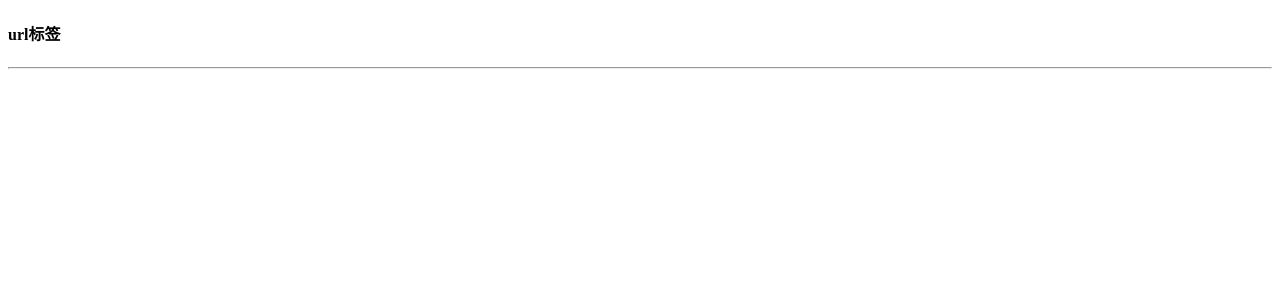
Repository: jionjion/JAVA_WorkSpace
Page: http://localhost/ServletClient/modules/jstlBase/baseXII.jsp
The author's editor kept a copy of each file at every save. The page is drawn from the files as they stood at one save, then again after the next save.
The browser window is 1280 px wide. The pictures show the whole page.
The page is served by Tomcat 9. Other server files are loaded and not shown.

Above is the page before, as saved 2017-07-18 16:22:04.

### ServletClient/WebContent/modules/jstlBase/baseXII.jsp
<%@page import="java.util.ArrayList"%>
<%@page import="java.util.List"%>
<%@ page language="java" contentType="text/html; charset=UTF-8"
    pageEncoding="UTF-8"%>
<%@ page import="jspBase.bean.User" %>
<%@ taglib uri="http://java.sun.com/jsp/jstl/core" prefix="c"%>
<!DOCTYPE html PUBLIC "-//W3C//DTD HTML 4.01 Transitional//EN" "http://www.w3.org/TR/html4/loose.dtd">
<html>
<head>
<meta http-equiv="Content-Type" content="text/html; charset=UTF-8">
<title>Insert title here</title>
</head>
<body>
	<h4>url标签</h4>
	<hr>

	<c:if test="${1<2}">
		<c:set var="changeParam">username=jion</c:set>
	</c:if>
	<c:url var="newURL" value="http://localhost:8080/ServletClient?${changeParam}" scope="session"></c:url>
</body>
</html>

After the next save:
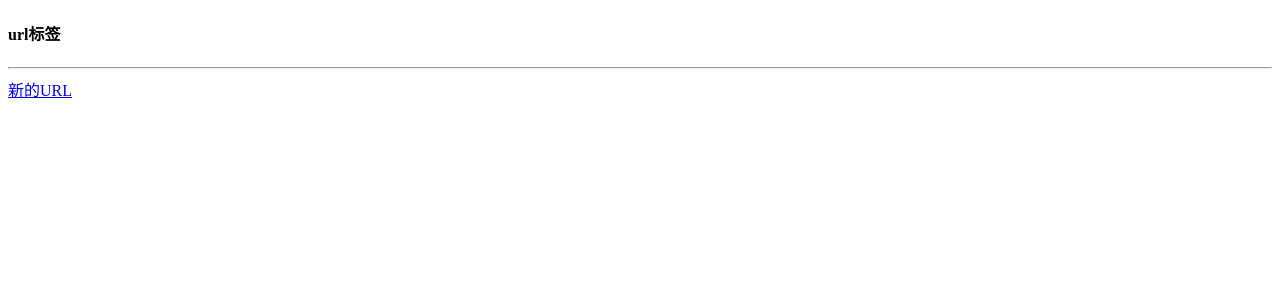
Saved 34 s later.
--- a/ServletClient/WebContent/modules/jstlBase/baseXII.jsp
+++ b/ServletClient/WebContent/modules/jstlBase/baseXII.jsp
@@ -18,5 +18,6 @@
 		<c:set var="changeParam">username=jion</c:set>
 	</c:if>
 	<c:url var="newURL" value="http://localhost:8080/ServletClient?${changeParam}" scope="session"></c:url>
+	<a href="${newURL}"	>新的URL</a>
 </body>
 </html>

After the 5 saves that followed:
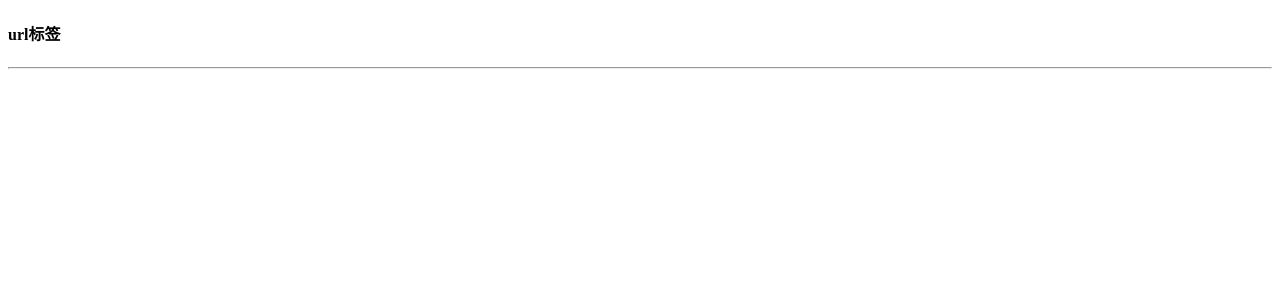
The 5 saves are shown as one change because 4 left the picture as it was.
The last was saved 100 s later.
--- a/ServletClient/WebContent/modules/jstlBase/baseXII.jsp
+++ b/ServletClient/WebContent/modules/jstlBase/baseXII.jsp
@@ -14,10 +14,5 @@
 	<h4>url标签</h4>
 	<hr>
 
-	<c:if test="${1<2}">
-		<c:set var="changeParam">username=jion</c:set>
-	</c:if>
-	<c:url var="newURL" value="http://localhost:8080/ServletClient?${changeParam}" scope="session"></c:url>
-	<a href="${newURL}"	>新的URL</a>
 </body>
 </html>
